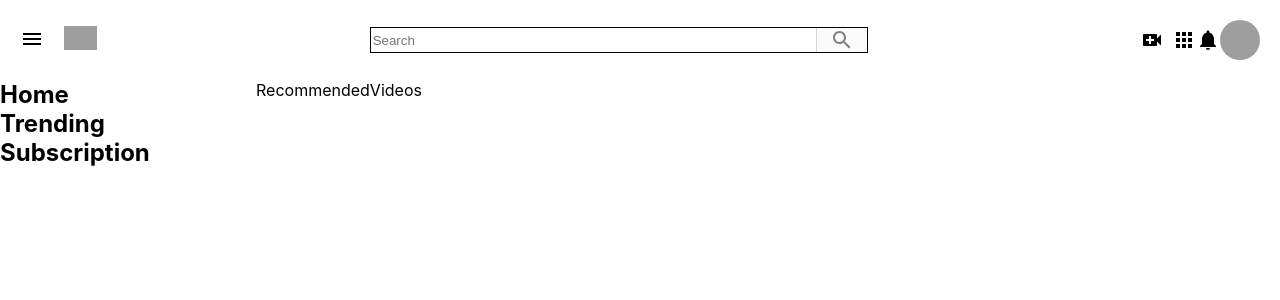
Repository: SubhashiniSundaresan/youtube-clone
Page: /
The author's editor kept a copy of each file at every save. The page is drawn from the files as they stood at one save, then again after the next save.
The browser window is 1280 px wide. The pictures show the whole page.
Pictures or frames that could not be fetched are drawn as grey boxes. The project was rebuilt for these pictures with package versions that can differ from the ones it lists, and the page was loaded fresh each time.

Above is the page before, as saved 2020-12-23 15:48:33.

After the next save:
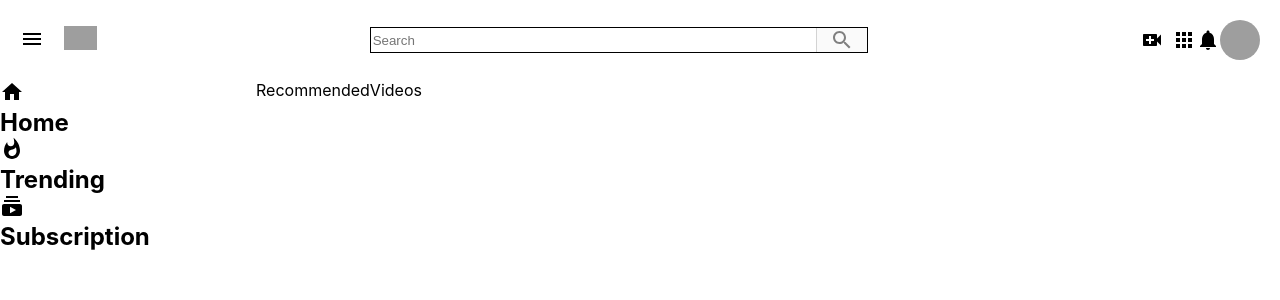
Saved 10 s later.
--- a/src/SidebarRow.js
+++ b/src/SidebarRow.js
@@ -1,9 +1,9 @@
 import React from "react";
 
-function SidebarRow({ icon, title }) {
+function SidebarRow({ Icon, title }) {
   return (
     <div className='sidebarRow'>
-      <icon />
+      <Icon />
       <h2>{title}</h2>
     </div>
   );
